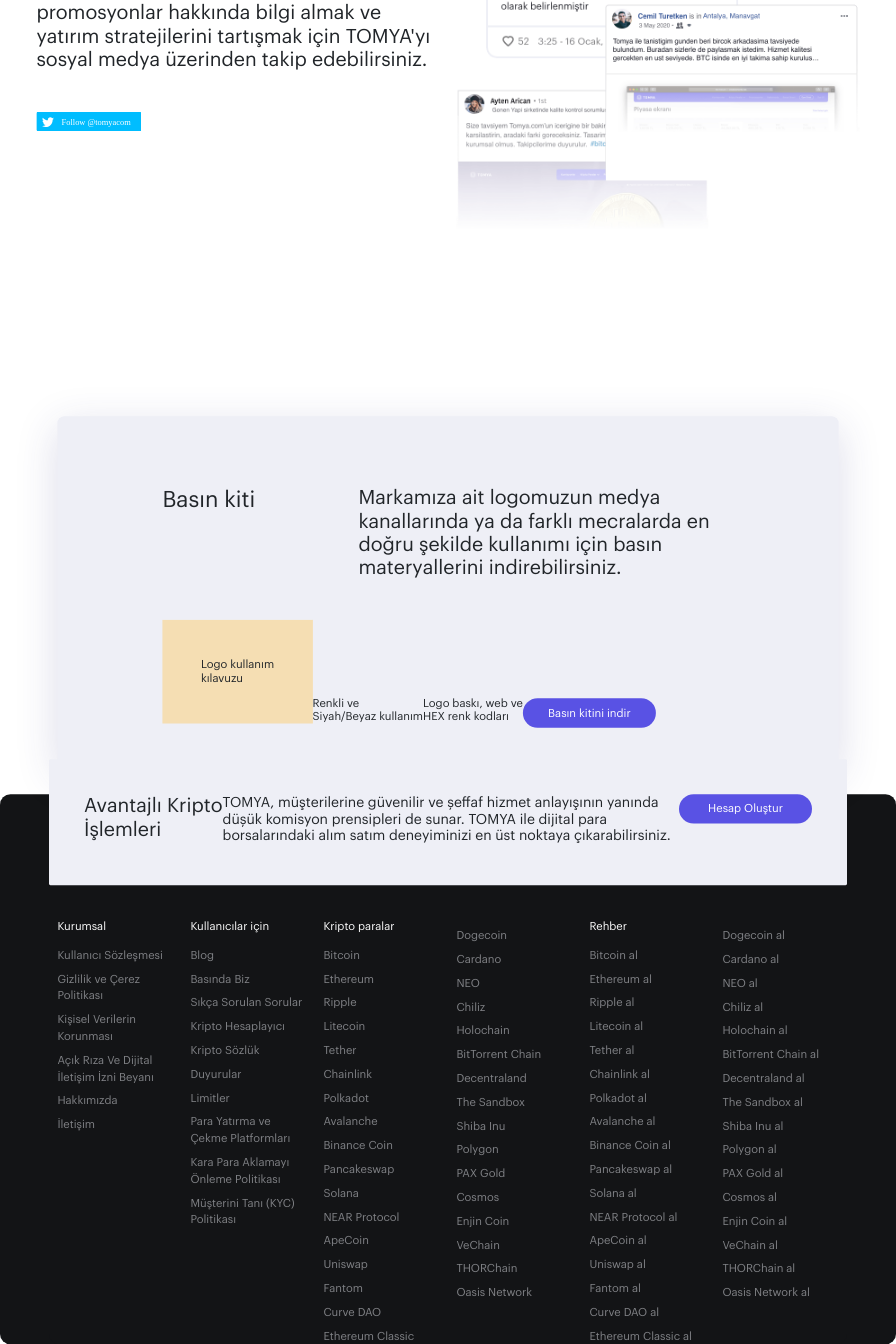
Repository: ezgibayrakli/TomyaProje
Page: index copy.html
An editor plug-in stored every save of this project. The page is shown before and after a run of saves, followed by the edit.
The browser window is 1280 px wide. The pictures show the part of the page from y = 2792 to 4712 px (the page is 4712 px tall), at 70% of full size.
Some web fonts or font styles are not loaded; a fallback is used.

Above is the page before, as saved 2023-07-07 12:03:12.

After the next 3 saves:
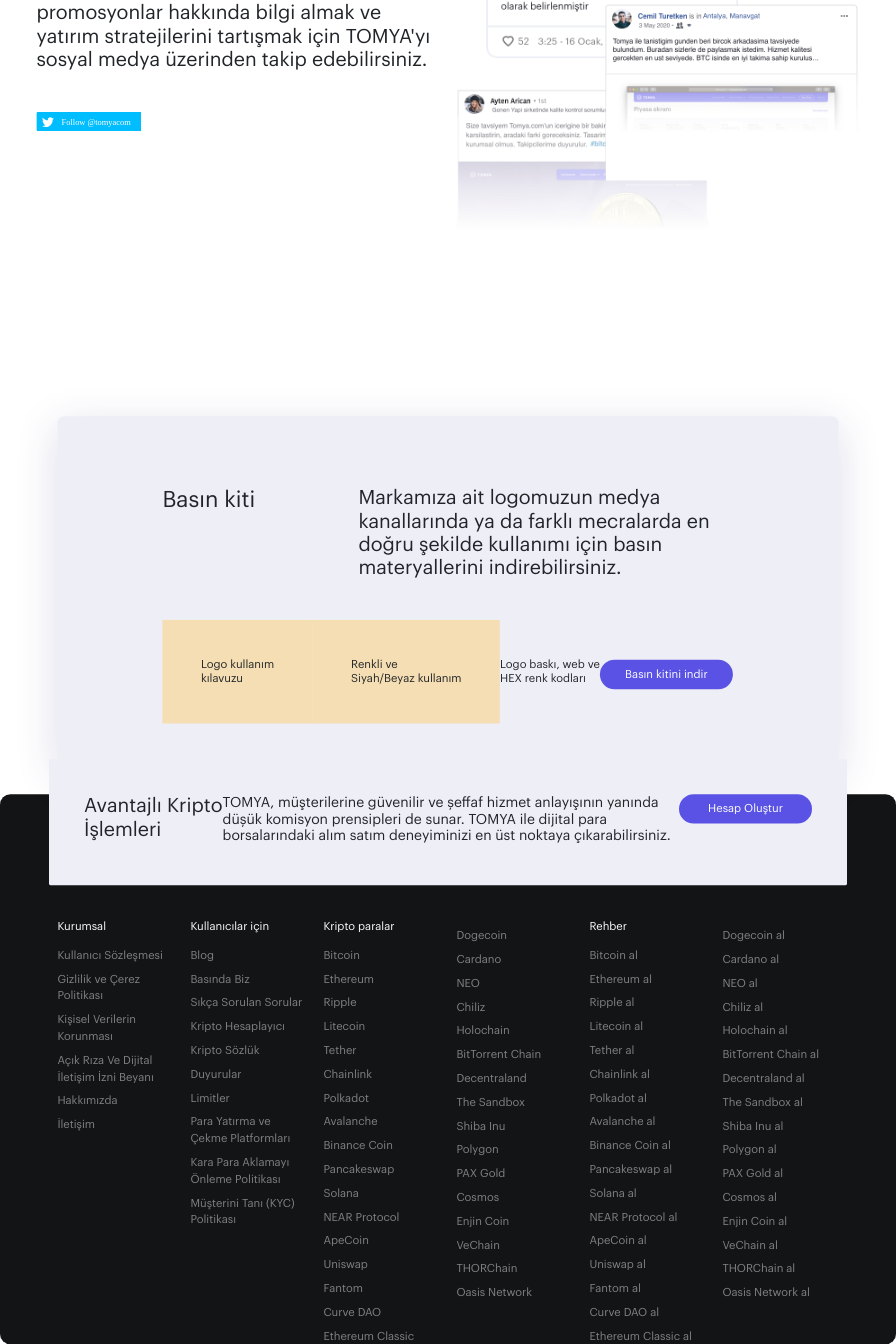
The 3 saves are shown as one change because they came seconds apart.
The last was saved 10 s later.
--- a/index copy.html
+++ b/index copy.html
@@ -182,8 +182,8 @@
                             background: wheat;">Logo kullanım <br class="d-md-block d-none">kılavuzu</h6>
                         </div>
                         <div  class="mediakit ml-lg-1 mt-lg-0 mt-1 d-flex justify-content-between align-items-start flex-column"><span class="svgicon d-md-block d-none" data-url="assets/img/subpages/sub/mediaset.svg"></span>
-                            <div  class="d-md-flex w-100 align-items-center"><h6  class="mr-5" padding: 55px;
-                                background: wheat;>Renkli ve <br>Siyah/Beyaz kullanım</h6>
+                            <div  class="d-md-flex w-100 align-items-center"><h6  class="mr-5" style="padding: 55px;
+                                background: wheat;">Renkli ve <br>Siyah/Beyaz kullanım</h6>
                                 <span class="svgicon d-md-none d-block mt-3" data-url=""></span><h6 class="last">Logo baskı, web ve <br>HEX renk kodları</h6><a class="btn btn-outline-success py-0_22 small d-inline-block ml-auto mt-lg-0 mt-7" href="assets/basin-kiti/Tomya-Kurumsal.zip">Basın kitini indir</a>
                             </div>
                         </div>
